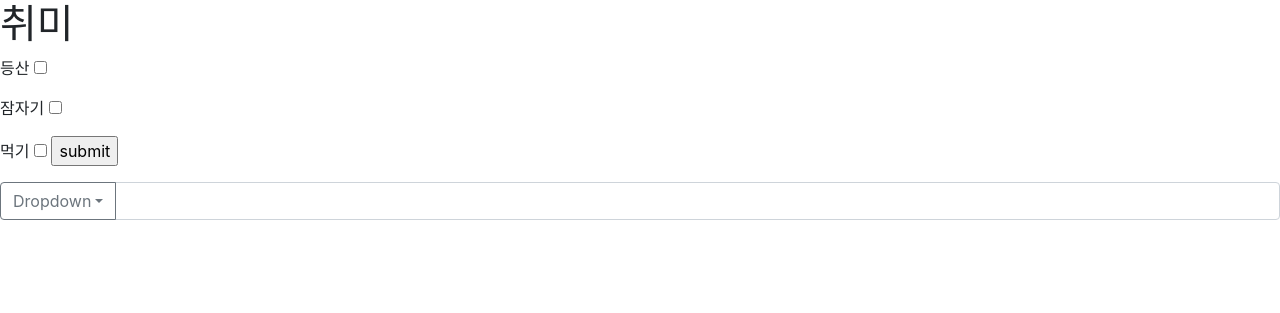
Repository: mi-ci/ai
Page: jsp01/src/main/webapp/ch05/r3.html
An editor plug-in stored every save of this project. The page is shown before and after the next save, followed by the edit.
The browser window is 1280 px wide. The pictures show the whole page.

Above is the page before, as saved 2024-01-18 07:11:38.

### jsp01/src/main/webapp/ch05/r3.html
<!DOCTYPE html>
<html>
<head>
<meta charset="UTF-8">
<title>Insert title here</title>
<link rel="stylesheet" href="https://cdn.jsdelivr.net/npm/bootstrap@4.0.0/dist/css/bootstrap.min.css" integrity="sha384-Gn5384xqQ1aoWXA+058RXPxPg6fy4IWvTNh0E263XmFcJlSAwiGgFAW/dAiS6JXm" crossorigin="anonymous">
</head>
<body>
	<h1>취미</h1>
	<form action="r3.jsp" method="get">
	<p> 등산 <input type="checkbox" name= "1st">
	<p> 잠자기 <input type="checkbox" name= "2st">
	<p> 먹기 <input type="checkbox" name= "3rd">
	<input type="submit" value ="submit">
	</form>

	<div class="input-group mb-3">
  <div class="input-group-prepend">
    <button class="btn btn-outline-secondary dropdown-toggle" type="button" data-toggle="dropdown" aria-haspopup="true" aria-expanded="false">Dropdown</button>
    <div class="dropdown-menu">
      <a class="dropdown-item" href="#">Action</a>
      <a class="dropdown-item" href="#">Another action</a>
      <a class="dropdown-item" href="#">Something else here</a>
      <div role="separator" class="dropdown-divider"></div>
      <a class="dropdown-item" href="#">Separated link</a>
    </div>
  </div>
  <input type="text" class="form-control" aria-label="Text input with dropdown button">
</div>

</body>
</html>

After the next save:
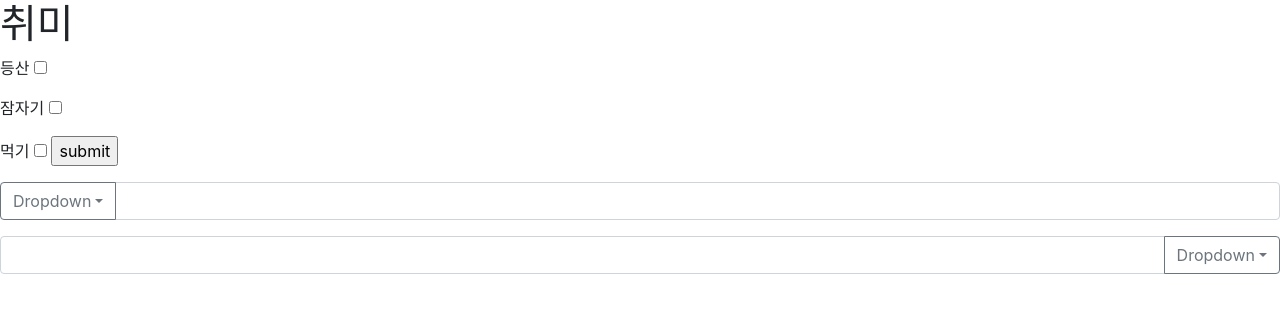
Saved 28 s later.
--- a/jsp01/src/main/webapp/ch05/r3.html
+++ b/jsp01/src/main/webapp/ch05/r3.html
@@ -14,7 +14,7 @@
 	<input type="submit" value ="submit">
 	</form>
 
-	<div class="input-group mb-3">
+<div class="input-group mb-3">
   <div class="input-group-prepend">
     <button class="btn btn-outline-secondary dropdown-toggle" type="button" data-toggle="dropdown" aria-haspopup="true" aria-expanded="false">Dropdown</button>
     <div class="dropdown-menu">
@@ -28,5 +28,19 @@
   <input type="text" class="form-control" aria-label="Text input with dropdown button">
 </div>
 
+<div class="input-group">
+  <input type="text" class="form-control" aria-label="Text input with dropdown button">
+  <div class="input-group-append">
+    <button class="btn btn-outline-secondary dropdown-toggle" type="button" data-toggle="dropdown" aria-haspopup="true" aria-expanded="false">Dropdown</button>
+    <div class="dropdown-menu">
+      <a class="dropdown-item" href="#">Action</a>
+      <a class="dropdown-item" href="#">Another action</a>
+      <a class="dropdown-item" href="#">Something else here</a>
+      <div role="separator" class="dropdown-divider"></div>
+      <a class="dropdown-item" href="#">Separated link</a>
+    </div>
+  </div>
+</div>
+
 </body>
 </html>

After the save that followed:
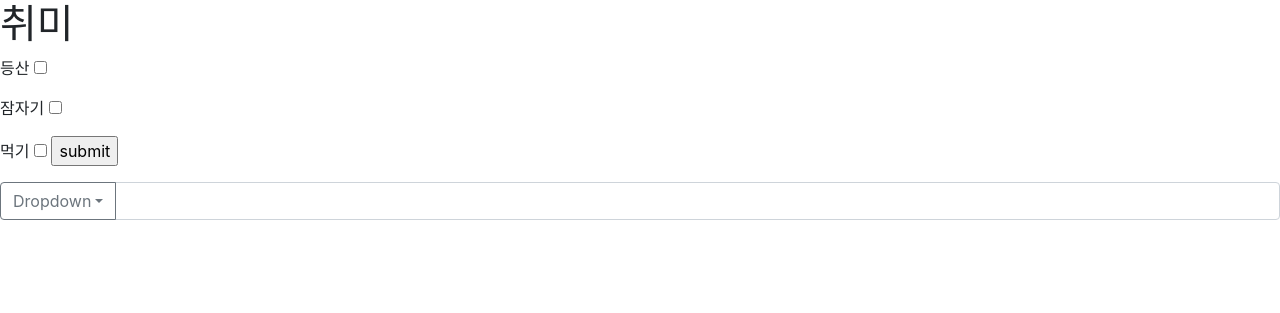
Saved 19 s later.
--- a/jsp01/src/main/webapp/ch05/r3.html
+++ b/jsp01/src/main/webapp/ch05/r3.html
@@ -28,19 +28,6 @@
   <input type="text" class="form-control" aria-label="Text input with dropdown button">
 </div>
 
-<div class="input-group">
-  <input type="text" class="form-control" aria-label="Text input with dropdown button">
-  <div class="input-group-append">
-    <button class="btn btn-outline-secondary dropdown-toggle" type="button" data-toggle="dropdown" aria-haspopup="true" aria-expanded="false">Dropdown</button>
-    <div class="dropdown-menu">
-      <a class="dropdown-item" href="#">Action</a>
-      <a class="dropdown-item" href="#">Another action</a>
-      <a class="dropdown-item" href="#">Something else here</a>
-      <div role="separator" class="dropdown-divider"></div>
-      <a class="dropdown-item" href="#">Separated link</a>
-    </div>
-  </div>
-</div>
 
 </body>
 </html>
